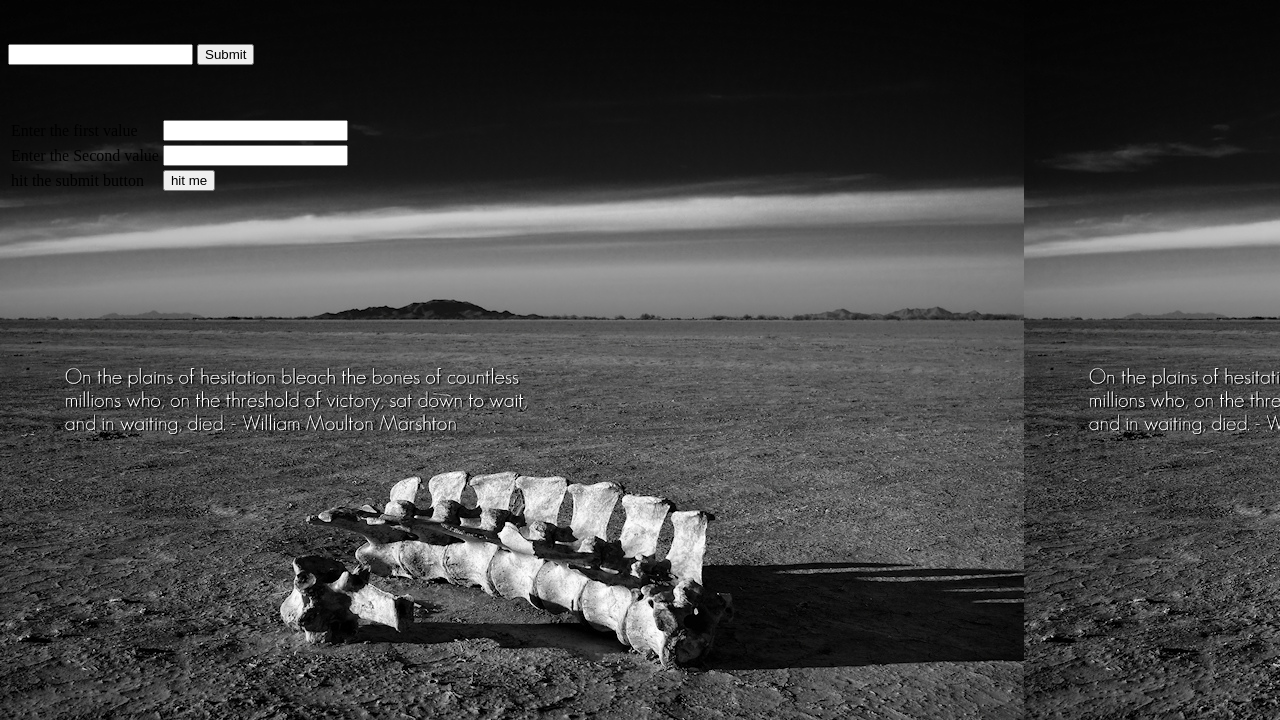
Repository: dhanasekar13/servlet
Page: mystore/war/login.html
An editor plug-in stored every save of this project. The page is shown before and after the next save, followed by the edit.
The browser window is 1280 px wide. The pictures show the whole page.

Above is the page before, as saved 2017-05-09 13:44:28.

### mystore/war/login.html
<html>
<head><base target="_self"></head>
<body background="b.jpg" bgcolor="orangeS">
<br>
<br>

<form action="mystore" method="post">
<left>
<input type="hidden" name="z1" value="100" >
<input type="text" name="g1">
<input type="submit" name="search">
</left>
</form>
<br>
<br>
<form action="mystore" method="get">
<table>

<tr>
<td>Enter the first value</td>
<td><input type="text" name="a1" ></td>
</tr>

<tr>
<td>Enter the Second value</td>
<td><input type="text" name="a2" ></td>
</tr>

<tr>
<td>hit the submit button </td>
<td><input type="submit" value="hit me" ></td>
</tr>
</table>
</form>

</body>
</html>

After the next save:
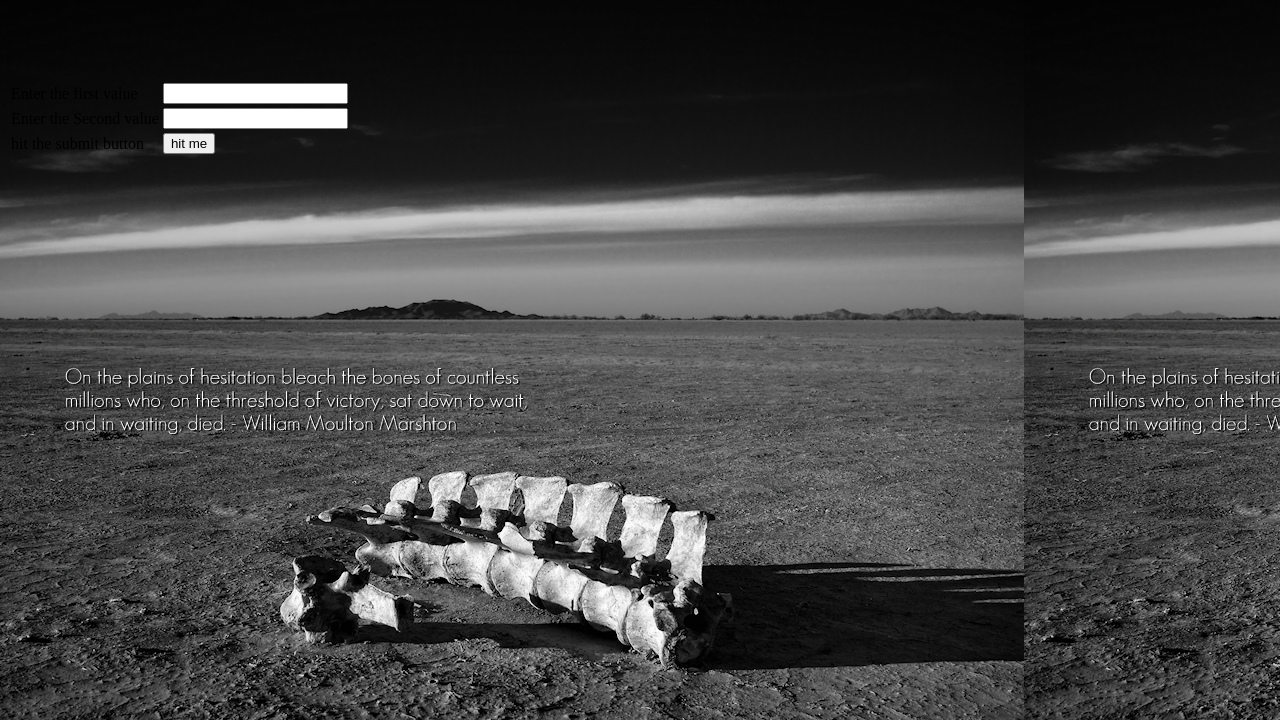
Saved 52 s later.
--- a/mystore/war/login.html
+++ b/mystore/war/login.html
@@ -4,13 +4,6 @@
 <br>
 <br>
 
-<form action="mystore" method="post">
-<left>
-<input type="hidden" name="z1" value="100" >
-<input type="text" name="g1">
-<input type="submit" name="search">
-</left>
-</form>
 <br>
 <br>
 <form action="mystore" method="get">
